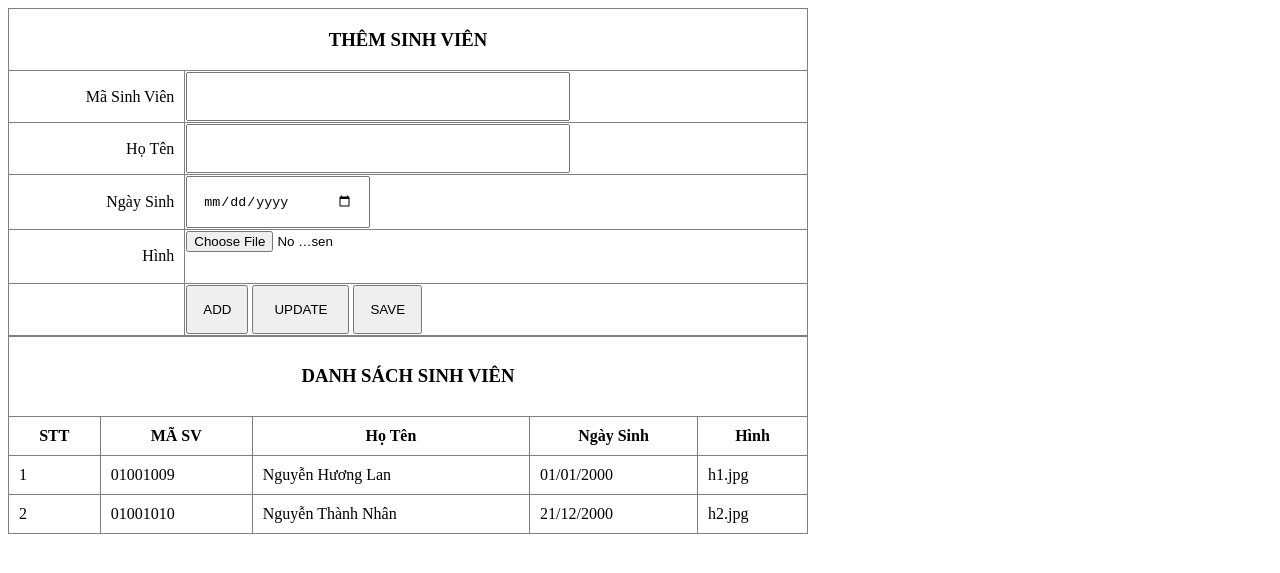
Repository: Tan-Khang21/TH_TKW--Buoi_04
Page: Bai_Tap_Mau/Bai_04/Bai_04.html
These files come from the project's save history. The page is drawn as it stood at one moment and after the next save; the edit follows.
The browser window is 1280 px wide. The pictures show the whole page.

Above is the page before, as saved 2024-03-06 10:10:51.

After the next save:
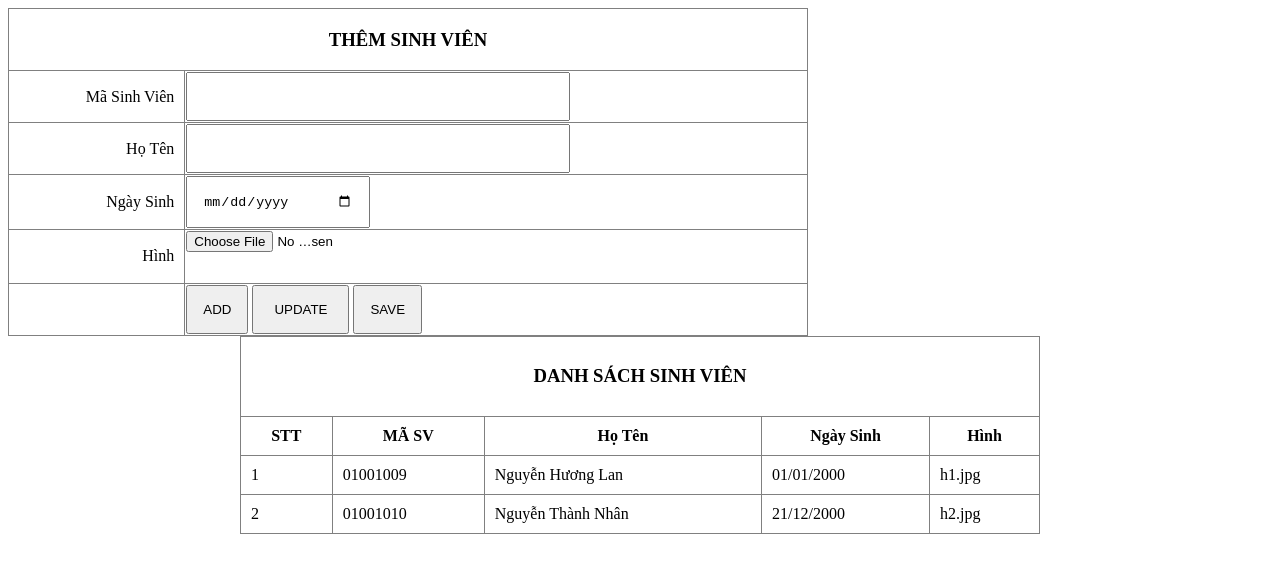
Saved 14 s later.
--- a/Bai_Tap_Mau/Bai_04/Bai_04.html
+++ b/Bai_Tap_Mau/Bai_04/Bai_04.html
@@ -33,11 +33,11 @@
             <input type="button" value="SAVE" style=" padding: 15px;"></td>
         </tr>
     </table>
-    <table border="1px" cellpadding="10px" style="width: 800px; border-collapse: collapse;">
+    <table align="center" border="1px" cellpadding="10px" style="width: 800px; border-collapse: collapse;">
         <tr>
             <th colspan="5" ><h3 style="text-transform: uppercase;">Danh Sách Sinh Viên</h3></th>
         </tr>
-        <tr align="center">
+        <tr >
             <th>STT</th>
             <th>MÃ SV</th>
             <th>Họ Tên</th>

After the save that followed:
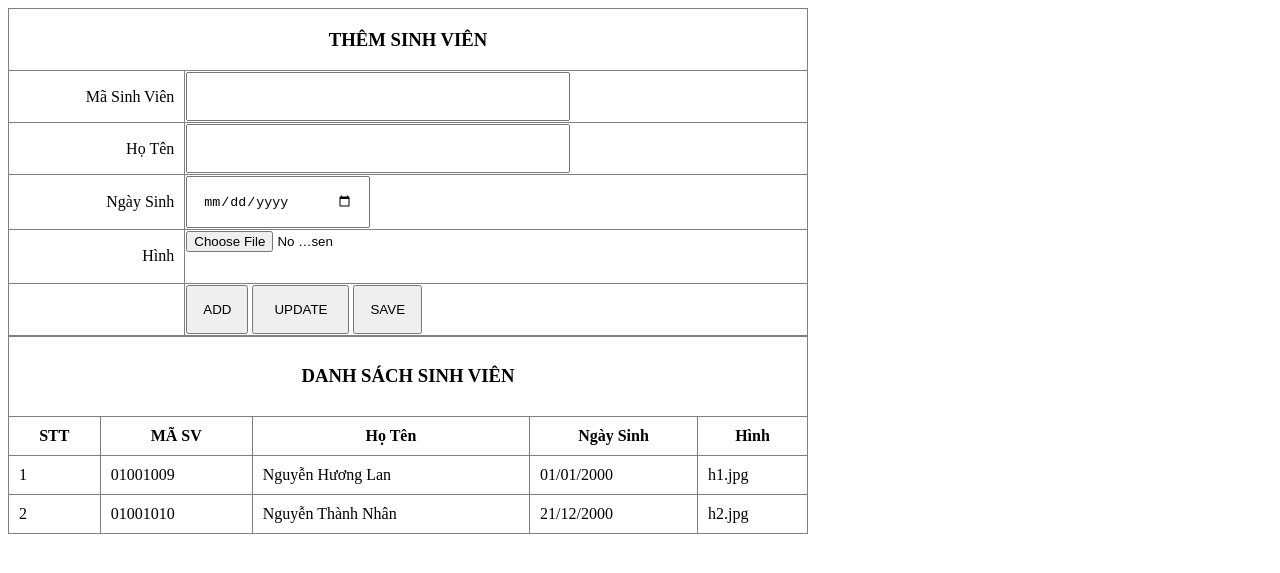
Saved 8 s later.
--- a/Bai_Tap_Mau/Bai_04/Bai_04.html
+++ b/Bai_Tap_Mau/Bai_04/Bai_04.html
@@ -33,7 +33,7 @@
             <input type="button" value="SAVE" style=" padding: 15px;"></td>
         </tr>
     </table>
-    <table align="center" border="1px" cellpadding="10px" style="width: 800px; border-collapse: collapse;">
+    <table  border="1px" cellpadding="10px" style="width: 800px; border-collapse: collapse;">
         <tr>
             <th colspan="5" ><h3 style="text-transform: uppercase;">Danh Sách Sinh Viên</h3></th>
         </tr>
